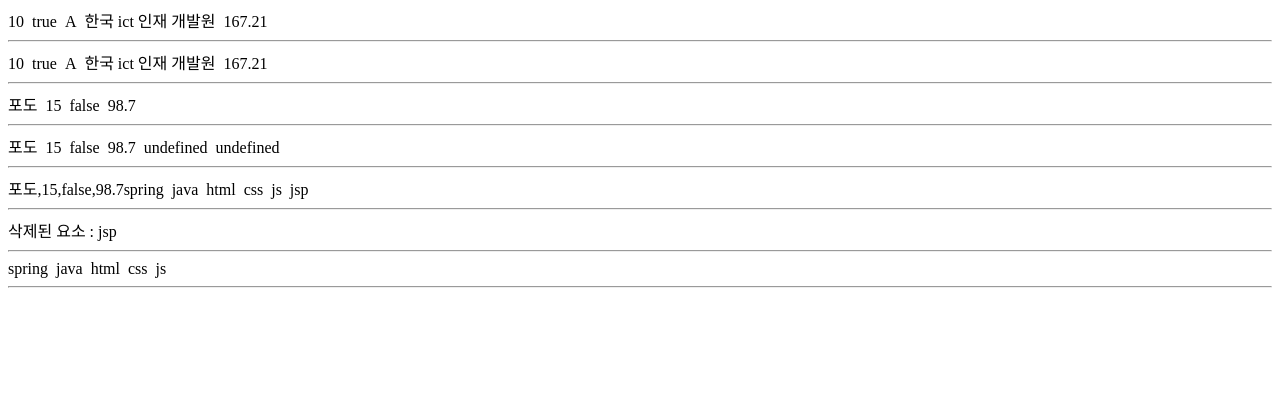
Repository: shinsil0601/webstudy
Page: 03_JavaScript/src/main/webapp/day02/ex01_Array.html
The author's editor kept a copy of each file at every save. The page is drawn from the files as they stood at one save, then again after the next save.
The browser window is 1280 px wide. The pictures show the whole page.

Above is the page before, as saved 2023-06-28 01:19:03.

### 03_JavaScript/src/main/webapp/day02/ex01_Array.html
<!DOCTYPE html>
<html>
<head>
<meta charset="UTF-8">
<title>배열: Array()</title>
<script type="text/javascript">
	// 배열: 크기를 지정하지 않아도 된다. 모든 자료를 담을 수 있다.

	// 방법1
	var arr = new Array();
	arr[0] = 10;
	arr[1] = true;
	arr[2] = 'A';
	arr[3] = '한국 ict 인재 개발원';
	arr[4] = 167.21;

	// 출력
	for (var i = 0; i < arr.length; i++) {
		document.write(arr[i]+"&nbsp;&nbsp;");
	}
	document.write("<hr>")
	// 자바의 foreach와 비슷한 forin문 있다.
	// 자바는 데이터 자체를 넘기지만 자바스크립트는 index를 넘긴다
	// 여기서 k는 index
	for ( var k in arr) {
		//document.write(k+"&nbsp;&nbsp;");
		document.write(arr[k]+"&nbsp;&nbsp;");
	}
	document.write("<hr>")

	// 방법2
	var arr2= ["포도", 15, false, 98.7];
	for ( var k in arr2) {
		//document.write(k+"&nbsp;&nbsp;");
		document.write(arr2[k]+"&nbsp;&nbsp;");
	}
	document.write("<hr>")

	// 문자열을 배열로 만들자
	var myData = "java,jsp,html,css,javascript,spring";
	// myArr는 ,(콤마)를 기준으로 배열로 만들어졌다.
	var myArr = myData.split(",");
	for ( var k in myArr) {
		//document.write(k+"&nbsp;&nbsp;");
		document.write(arr2[k]+"&nbsp;&nbsp;");
	}
	document.write("<hr>")

	// arr2 배열을 문자열로 만들자
	// 배열.join("구분자");
	var myData2 = arr2.join(",");
	document.write(myData2);

	// 자바스크립트의 배열은 추가 삭제가 가능
	var myArr3 = ["java", "html", "css", "js"];
	// 뒤에 추가
	myArr3.push("jsp");
	// 앞에 추가
	myArr3.unshift("spring");

	for ( var k in myArr3) {
		document.write(myArr3[k]+"&nbsp;&nbsp;");
	}
	document.write("<hr>")

	// 추출 - 꺼낸 요소 반환
	// 뒤 요소 삭제 - pop();
	// 앞 요소 삭제 - shift();
	// k1는 삭제된 요소를 가지고 있다.
	var k1 = myArr3.pop();
	document.write("삭제된 요소 : "+ k1);
	document.write("<hr>")
	for ( var k in myArr3) {
		document.write(myArr3[k]+"&nbsp;&nbsp;");
	}
	document.write("<hr>")


</script>
</head>
<body>

</body>
</html>

After the next save:
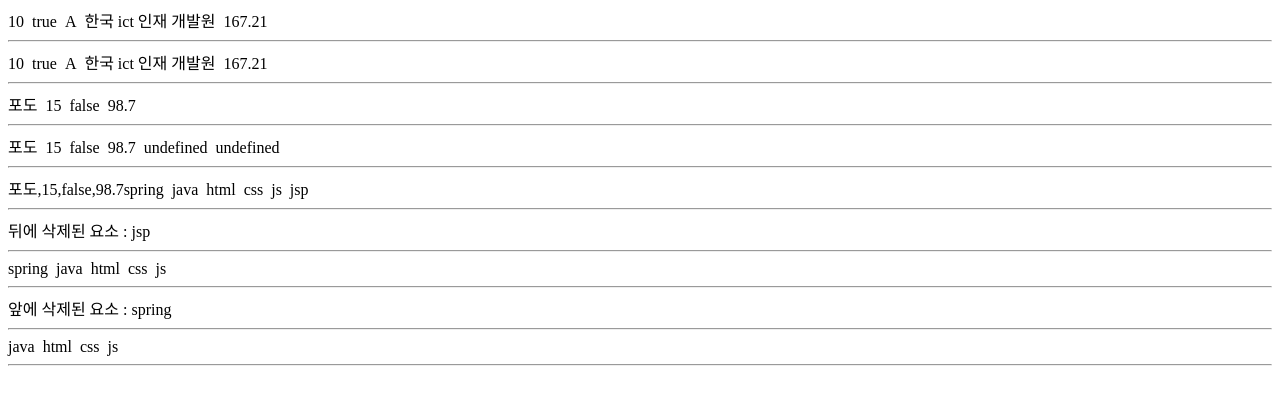
Saved 2 min 12 s later.
--- a/03_JavaScript/src/main/webapp/day02/ex01_Array.html
+++ b/03_JavaScript/src/main/webapp/day02/ex01_Array.html
@@ -18,7 +18,7 @@
 	for (var i = 0; i < arr.length; i++) {
 		document.write(arr[i]+"&nbsp;&nbsp;");
 	}
-	document.write("<hr>")
+	document.write("<hr>");
 	// 자바의 foreach와 비슷한 forin문 있다.
 	// 자바는 데이터 자체를 넘기지만 자바스크립트는 index를 넘긴다
 	// 여기서 k는 index
@@ -26,7 +26,7 @@
 		//document.write(k+"&nbsp;&nbsp;");
 		document.write(arr[k]+"&nbsp;&nbsp;");
 	}
-	document.write("<hr>")
+	document.write("<hr>");
 
 	// 방법2
 	var arr2= ["포도", 15, false, 98.7];
@@ -34,7 +34,7 @@
 		//document.write(k+"&nbsp;&nbsp;");
 		document.write(arr2[k]+"&nbsp;&nbsp;");
 	}
-	document.write("<hr>")
+	document.write("<hr>");
 
 	// 문자열을 배열로 만들자
 	var myData = "java,jsp,html,css,javascript,spring";
@@ -44,7 +44,7 @@
 		//document.write(k+"&nbsp;&nbsp;");
 		document.write(arr2[k]+"&nbsp;&nbsp;");
 	}
-	document.write("<hr>")
+	document.write("<hr>");
 
 	// arr2 배열을 문자열로 만들자
 	// 배열.join("구분자");
@@ -61,21 +61,27 @@
 	for ( var k in myArr3) {
 		document.write(myArr3[k]+"&nbsp;&nbsp;");
 	}
-	document.write("<hr>")
+	document.write("<hr>");
 
 	// 추출 - 꺼낸 요소 반환
 	// 뒤 요소 삭제 - pop();
 	// 앞 요소 삭제 - shift();
 	// k1는 삭제된 요소를 가지고 있다.
 	var k1 = myArr3.pop();
-	document.write("삭제된 요소 : "+ k1);
-	document.write("<hr>")
+	document.write("뒤에 삭제된 요소 : "+ k1);
+	document.write("<hr>");
 	for ( var k in myArr3) {
 		document.write(myArr3[k]+"&nbsp;&nbsp;");
 	}
-	document.write("<hr>")
+	document.write("<hr>");
 
-
+	var k2 = myArr3.shift();
+	document.write("앞에 삭제된 요소 : "+ k2);
+	document.write("<hr>");
+	for ( var k in myArr3) {
+		document.write(myArr3[k]+"&nbsp;&nbsp;");
+	}
+	document.write("<hr>");
 </script>
 </head>
 <body>
